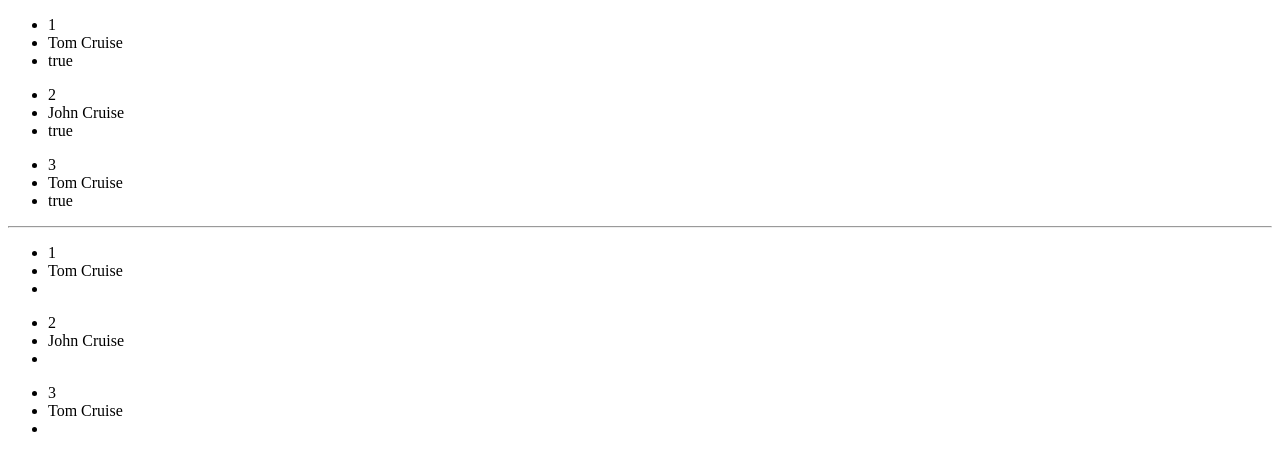
Repository: SongSooJin/JSP
Page: http://localhost/5-jsp-basic/example6/p132.jsp
The author's editor kept a copy of each file at every save. The page is drawn from the files as they stood at one save, then again after the next save.
The browser window is 1280 px wide. The pictures show the whole page.
The page is served by Tomcat 9. Other server files are loaded and not shown.

Above is the page before, as saved 2018-10-08 06:26:59.

### 5-jsp-basic/WebContent/example6/p132.jsp
<%@ page language="java" contentType="text/html; charset=UTF-8"
	pageEncoding="UTF-8"%>
<%@ page import="java.util.List,java.util.ArrayList"%>
<%@ page import="com.example.vo.User"%>
<%@ taglib prefix="c" uri="http://java.sun.com/jsp/jstl/core"%>
<!DOCTYPE html>
<html>
<head>
<meta charset="UTF-8">
<title>Insert title here</title>
</head>
<%
	List<User> users = new ArrayList<User>();
	users.add(new User(1, "Tom", "Cruise", true));
	users.add(new User(2, "John", "Cruise", true));
	users.add(new User(3, "Tom", "Cruise", true));

	request.setAttribute("users", users);
%>
<body>

	<%
		for(User user : users) {
			out.print("<ul>");
			out.print("<li>"+user.getId()+"</li>");
			out.print("<li>"+user.getFirstName()+" "+user.getLastName()+"</li>");
			out.print("<li>"+user.isActive()+"</li>");
			out.print("</ul>");
		}
	%>
	<hr>

	<c:forEach var="user" items="${users}">
		<ul>
			<li>${user.id} </li>
			<li>${user.firstName} ${user.lastName} </li>
			<li></li>
		</ul>
	</c:forEach>

</body>
</html>

### 5-jsp-basic/src/com/example/vo/User.java
package com.example.vo;

public class User {
	private int id;
	private String firstName;
	private String lastName;
	private boolean active;


	public User() {
	}

	public User(int id, String firstName, String lastName, boolean active) {
		super();
		this.id = id;
		this.firstName = firstName;
		this.lastName = lastName;
		this.active = active;
	}


	@Override
	public String toString() {
		return "User [id=" + id + ", firstName=" + firstName + ", lastName=" + lastName + ", active=" + active + "]";
	}

	public int getId() {
		return id;
	}

	public void setId(int id) {
		this.id = id;
	}

	public String getFirstName() {
		return firstName;
	}

	public void setFirstName(String firstName) {
		this.firstName = firstName;
	}

	public String getLastName() {
		return lastName;
	}

	public void setLastName(String lastName) {
		this.lastName = lastName;
	}

	public boolean isActive() {
		return active;
	}

	public void setActive(boolean active) {
		this.active = active;
	}

}

After the next save:
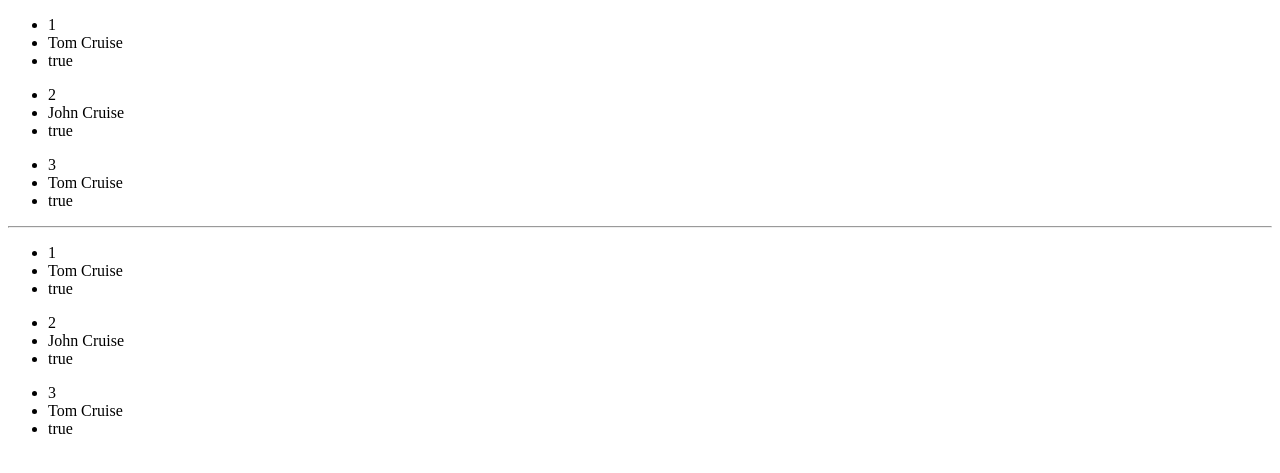
Saved 10 s later.
--- a/5-jsp-basic/WebContent/example6/p132.jsp
+++ b/5-jsp-basic/WebContent/example6/p132.jsp
@@ -34,7 +34,7 @@
 		<ul>
 			<li>${user.id} </li>
 			<li>${user.firstName} ${user.lastName} </li>
-			<li></li>
+			<li>${user.active} </li>
 		</ul>
 	</c:forEach>
 
